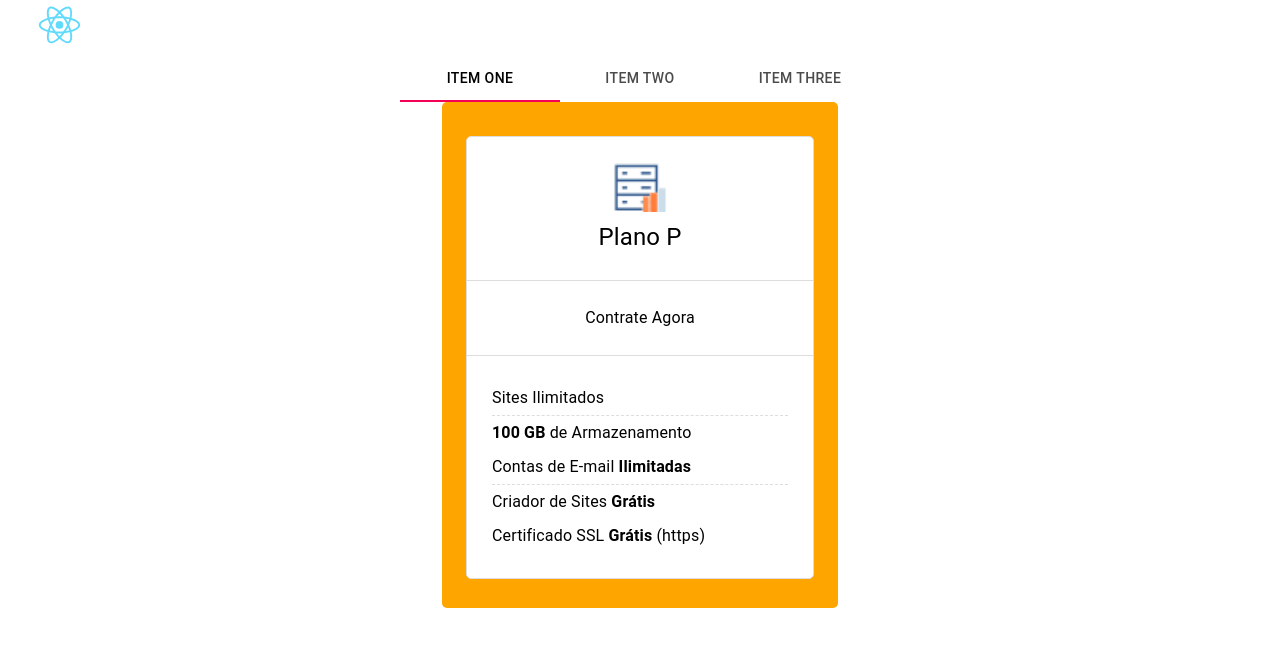
Repository: gatomazi/hostgatorFrontend
Page: /
The author's editor kept a copy of each file at every save. The page is drawn from the files as they stood at one save, then again after a run of saves.
The browser window is 1280 px wide. The pictures show the whole page.
The project was rebuilt for these pictures with package versions that can differ from the ones it lists, and the page was loaded fresh each time.

Above is the page before, as saved 2020-01-24 12:27:46.

### src/App.js
import React from "react";

import "./App.css";
import Topbar from "./components/Topbar";
import Plano from "./components/Plano";
function App() {
  return (
    <div className="App">
      <Topbar />
      <Plano />
    </div>
  );
}

export default App;

### src/components/Topbar.js
import React from "react";

import logo from "../logo.svg";
// import { Link } from "react-router-dom";

import { makeStyles } from "@material-ui/core/styles";
import Grid from "@material-ui/core/Grid";
import Container from "@material-ui/core/Container";

const useStyles = makeStyles(theme => ({
  root: {
    flexGrow: 1
  }
}));

const Topbar = () => {
  const classes = useStyles();
  return (
    <div className={classes.root}>
      <Container maxWidth="lg">
        <Grid item xs={12} style={{ textAlign: "left" }}>
          <img
            style={{ height: 50 }}
            src={logo}
            className="Navbar-logo"
            alt="logo"
          />
        </Grid>
      </Container>
    </div>
  );
};

export default Topbar;

### src/components/Plano.js
import React from "react";
import "./Plano.scss";
import PropTypes from "prop-types";

import Grid from "@material-ui/core/Grid";
import Container from "@material-ui/core/Container";
import Tabs from "@material-ui/core/Tabs";
import Tab from "@material-ui/core/Tab";
import Typography from "@material-ui/core/Typography";
import Box from "@material-ui/core/Box";

import PlanoCard from "./PlanoCard";

function TabPanel(props) {
  const { children, value, index, ...other } = props;

  return (
    <Typography
      component="div"
      role="tabpanel"
      hidden={value !== index}
      id={`simple-tabpanel-${index}`}
      aria-labelledby={`simple-tab-${index}`}
      {...other}
    >
      {value === index && <Box p={3}>{children}</Box>}
    </Typography>
  );
}

TabPanel.propTypes = {
  children: PropTypes.node,
  index: PropTypes.any.isRequired,
  value: PropTypes.any.isRequired
};
var mock = {
  shared: {
    products: {
      planoP: {
        name: "Plano P",
        id: 5,
        cycle: {
          monthly: {
            priceRenew: "24.19",
            priceOrder: "24.19",
            months: 1
          },
          semiannually: {
            priceRenew: "128.34",
            priceOrder: "128.34",
            months: 6
          },
          biennially: {
            priceRenew: "393.36",
            priceOrder: "393.36",
            months: 24
          },
          triennially: {
            priceRenew: "561.13",
            priceOrder: "561.13",
            months: 36
          },
          quarterly: {
            priceRenew: "67.17",
            priceOrder: "67.17",
            months: 3
          },
          annually: {
            priceRenew: "220.66",
            priceOrder: "220.66",
            months: 12
          }
        }
      },
      planoM: {
        name: "Plano M",
        id: 6,
        cycle: {
          monthly: {
            priceRenew: "29.69",
            priceOrder: "29.69",
            months: 1
          },
          semiannually: {
            priceRenew: "159.54",
            priceOrder: "159.54",
            months: 6
          },
          biennially: {
            priceRenew: "532.56",
            priceOrder: "532.56",
            months: 24
          },
          triennially: {
            priceRenew: "764.22",
            priceOrder: "764.22",
            months: 36
          },
          quarterly: {
            priceRenew: "82.77",
            priceOrder: "82.77",
            months: 3
          },
          annually: {
            priceRenew: "286.66",
            priceOrder: "286.66",
            months: 12
          }
        }
      },
      planoTurbo: {
        name: "Plano Turbo",
        id: 335,
        cycle: {
          monthly: {
            priceRenew: "44.99",
            priceOrder: "44.99",
            months: 1
          },
          semiannually: {
            priceRenew: "257.94",
            priceOrder: "257.94",
            months: 6
          },
          biennially: {
            priceRenew: "983.76",
            priceOrder: "983.76",
            months: 24
          },
          triennially: {
            priceRenew: "1439.64",
            priceOrder: "1439.64",
            months: 36
          },
          quarterly: {
            priceRenew: "131.97",
            priceOrder: "131.97",
            months: 3
          },
          annually: {
            priceRenew: "503.88",
            priceOrder: "503.88",
            months: 12
          }
        }
      }
    }
  }
};

function valuesToArray(obj) {
  return Object.keys(obj).map(key => obj[key]);
}

const Plano = () => {
  const [value, setValue] = React.useState(0);

  const handleChange = (event, newValue) => {
    setValue(newValue);
  };

  const a11yProps = index => {
    return {
      id: `simple-tab-${index}`,
      "aria-controls": `simple-tabpanel-${index}`
    };
  };

  let returnMock = valuesToArray(mock.shared.products);
  console.log(returnMock);
  var plans;
  plans = Object.keys(mock.shared.products).map((namePlan, index) => (
    <TabPanel value={value} index={index}>
      <PlanoCard
        role="tabpanel"
        hidden={value !== index}
        id={`simple-tabpanel-${index}`}
        aria-labelledby={`simple-tab-${index}`}
        key={index}
        plan={mock.shared.products[namePlan]}
      />
    </TabPanel>
  ));

  return (
    <div className="root">
      <Tabs
        value={value}
        onChange={handleChange}
        aria-label="simple tabs example"
        centered
      >
        <Tab label="Item One" {...a11yProps(0)} />
        <Tab label="Item Two" {...a11yProps(1)} />
        <Tab label="Item Three" {...a11yProps(2)} />
      </Tabs>
      <Container maxWidth="xs">
        <Grid className="orangePlanBg" item xs={12}>
          {plans}
        </Grid>
      </Container>
    </div>
  );
};

export default Plano;

### src/components/Plano.scss
.root {
  flex-grow: 1;
}
.orangePlanBg {
  background-color: orange;
  padding-bottom: 5px;
  padding-top: 10px;
  border-radius: 5px;
}

### src/components/PlanoCard.js
import React from "react";
import "./PlanoCard.scss";

import iconPlan from "../assets/icon.png";

const PlanoCard = ({ plan }) => {
  return (
    <div className="planCard">
      <div>
        <img
          style={{ height: 50 }}
          src={iconPlan}
          className="Navbar-logo"
          alt="logo"
        />
        <span>{plan["name"]}</span>
      </div>
      <div className="insideDivisor">Contrate Agora</div>
      <div style={{ textAlign: "left" }}>
        <span>Sites Ilimitados</span>
        <span>
          <b>100 GB</b> de Armazenamento
        </span>
        <span>
          Contas de E-mail <b>Ilimitadas</b>
        </span>
        <span>
          Criador de Sites <b>Grátis</b>
        </span>
        <span>
          Certificado SSL <b>Grátis</b> (https)
        </span>
      </div>
    </div>
  );
};

export default PlanoCard;

### src/components/PlanoCard.scss
.planCard {
  background-color: #fff;
  border: 1px solid #ddd;
  border-radius: 5px;
  div {
    padding: 25px;
    span {
      display: block;
    }
    &:first-child {
      span {
        font-size: 24px;
      }
    }
    &:last-child {
      span {
        padding: 5px 0px;
        &:first-child,
        &:nth-child(3) {
          border-bottom: dashed 0.8px #ddd;
        }
      }
    }
  }
}

.insideDivisor {
  border-bottom: 0.5px;
  border-bottom-color: #ddd;
  border-bottom-style: solid;
  /* border-bottom: 0.5; */
  border-top: 0.5px;
  border-top-color: #ddd;
  border-top-style: solid;
  /* border-top: 0.5; */
}

Loaded but not shown: public/index.html (common file); src/index.js (common file); src/index.css (common file); src/serviceWorker.js (common file); src/App.css (common file)

After the next 2 saves:
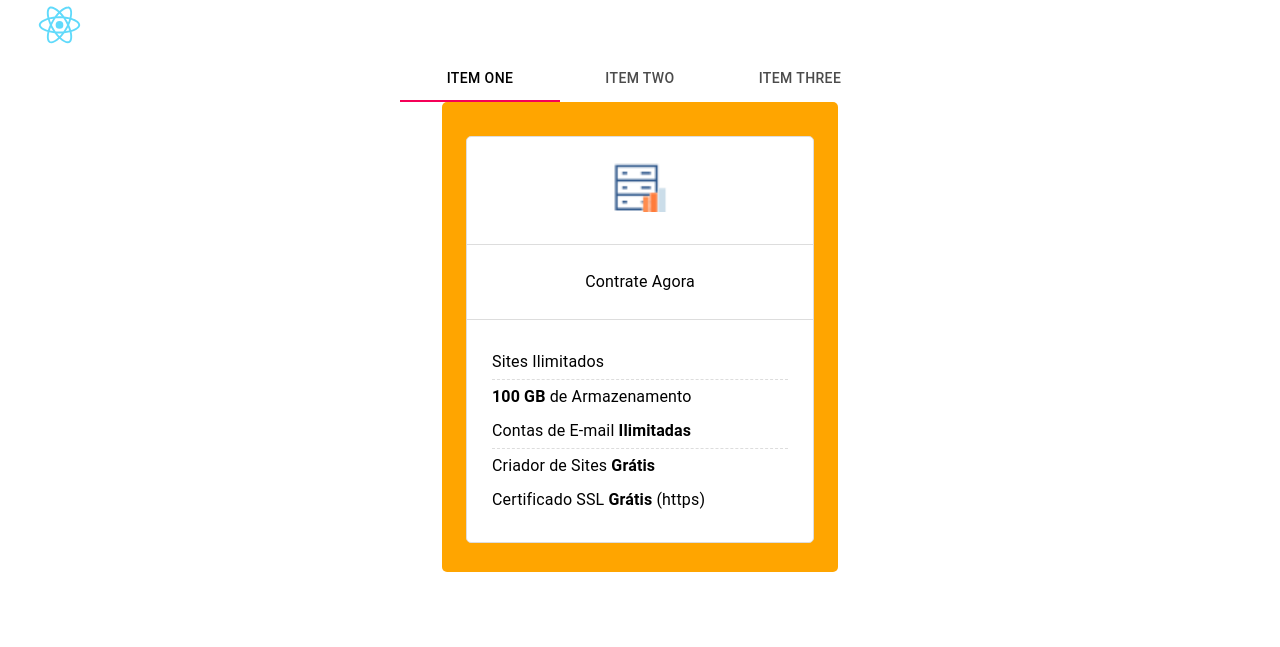
The 2 saves are shown as one change because 1 did not build or start.
The last was saved 29 s later.
--- a/src/components/Plano.js
+++ b/src/components/Plano.js
@@ -167,9 +167,9 @@
   };
 
   let returnMock = valuesToArray(mock.shared.products);
-  console.log(returnMock);
+
   var plans;
-  plans = Object.keys(mock.shared.products).map((namePlan, index) => (
+  plans = returnMock.map((plan, index) => (
     <TabPanel value={value} index={index}>
       <PlanoCard
         role="tabpanel"
@@ -177,7 +177,7 @@
         id={`simple-tabpanel-${index}`}
         aria-labelledby={`simple-tab-${index}`}
         key={index}
-        plan={mock.shared.products[namePlan]}
+        plan={mock.shared.products[plan]}
       />
     </TabPanel>
   ));
--- a/src/components/PlanoCard.js
+++ b/src/components/PlanoCard.js
@@ -4,6 +4,7 @@
 import iconPlan from "../assets/icon.png";
 
 const PlanoCard = ({ plan }) => {
+  console.log(plan);
   return (
     <div className="planCard">
       <div>
@@ -13,7 +14,7 @@
           className="Navbar-logo"
           alt="logo"
         />
-        <span>{plan["name"]}</span>
+        {/* <span>{plan["name"]}</span> */}
       </div>
       <div className="insideDivisor">Contrate Agora</div>
       <div style={{ textAlign: "left" }}>

After the 3 saves that followed:
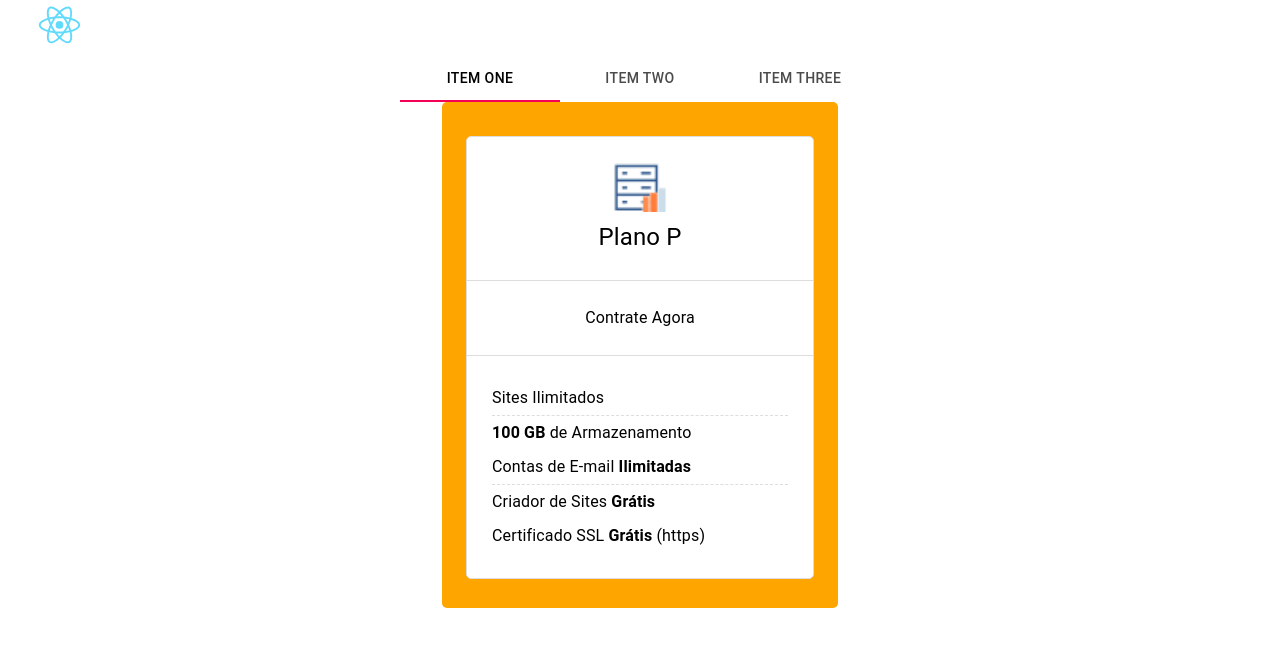
The 3 saves are shown as one change because 2 left the picture as it was.
The last was saved 27 s later.
--- a/src/components/Plano.js
+++ b/src/components/Plano.js
@@ -177,7 +177,7 @@
         id={`simple-tabpanel-${index}`}
         aria-labelledby={`simple-tab-${index}`}
         key={index}
-        plan={mock.shared.products[plan]}
+        plan={plan}
       />
     </TabPanel>
   ));
--- a/src/components/PlanoCard.js
+++ b/src/components/PlanoCard.js
@@ -14,7 +14,7 @@
           className="Navbar-logo"
           alt="logo"
         />
-        {/* <span>{plan["name"]}</span> */}
+        <span>{plan["name"]}</span>
       </div>
       <div className="insideDivisor">Contrate Agora</div>
       <div style={{ textAlign: "left" }}>
